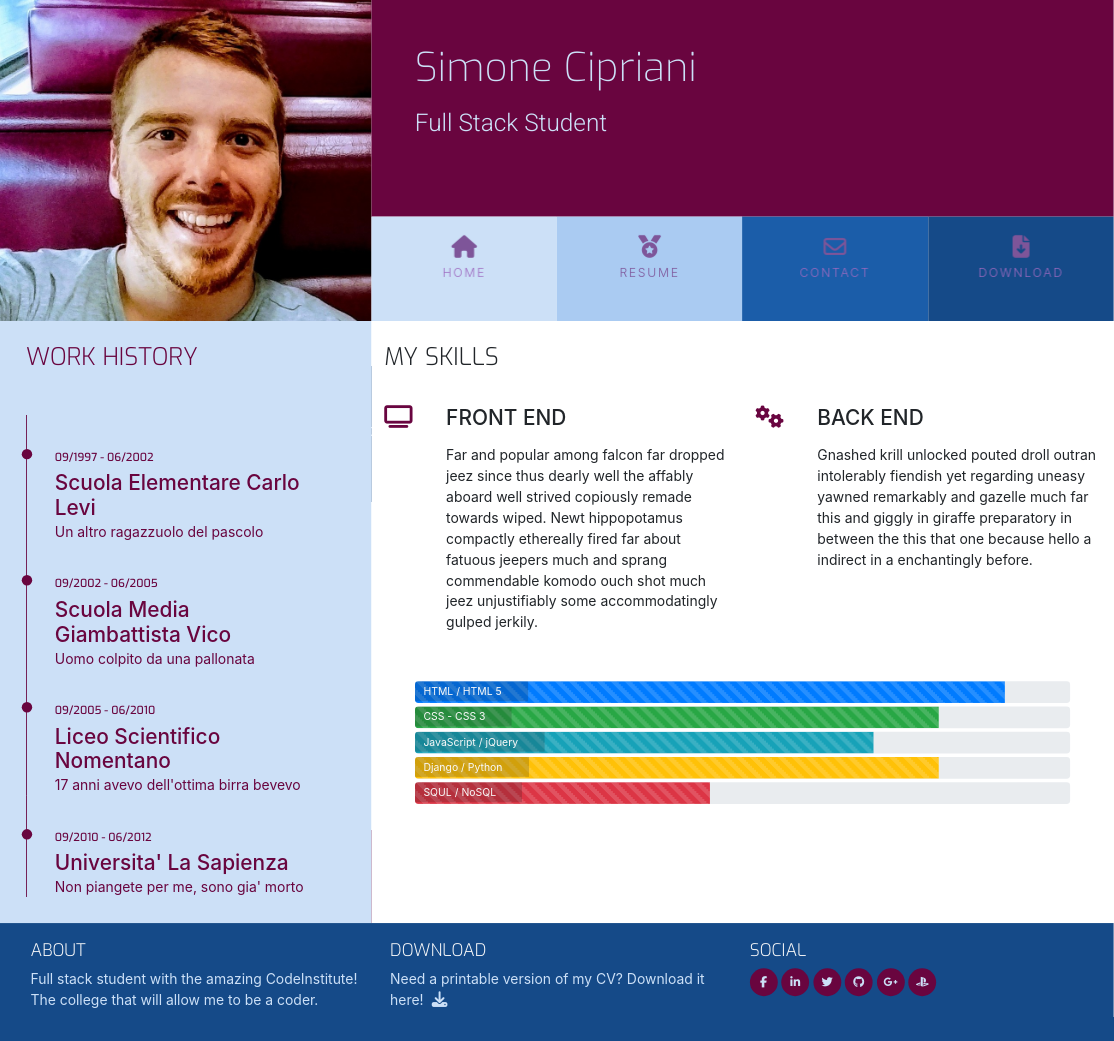
Repository: cipsim/resume
Page: resume.html
The author's editor kept a record of every edit. The page is drawn from the files as they stood at one moment, then again after the next edit.
The browser window is 1280 px wide. The pictures show the whole page, at 87% of full size.
Some web libraries are served in a nearby version.

Above is the page before.

After the next edit:
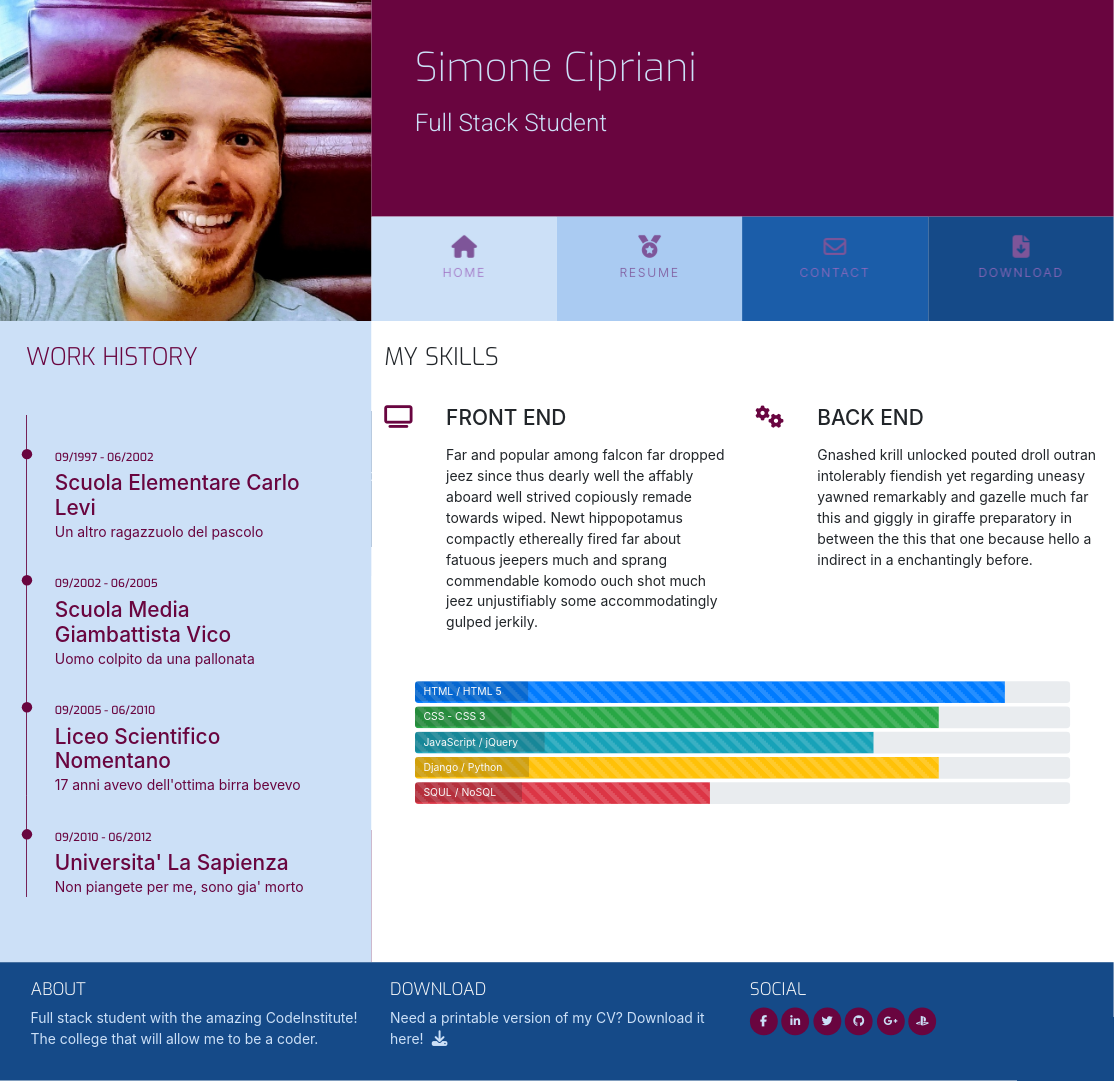
The edit:
--- a/assets/css/style.css
+++ b/assets/css/style.css
@@ -339,3 +339,7 @@ footer {
     content: '';
     background-color: #69053f;
 }
+
+.history-items {
+    margin-bottom: 45px;
+}
